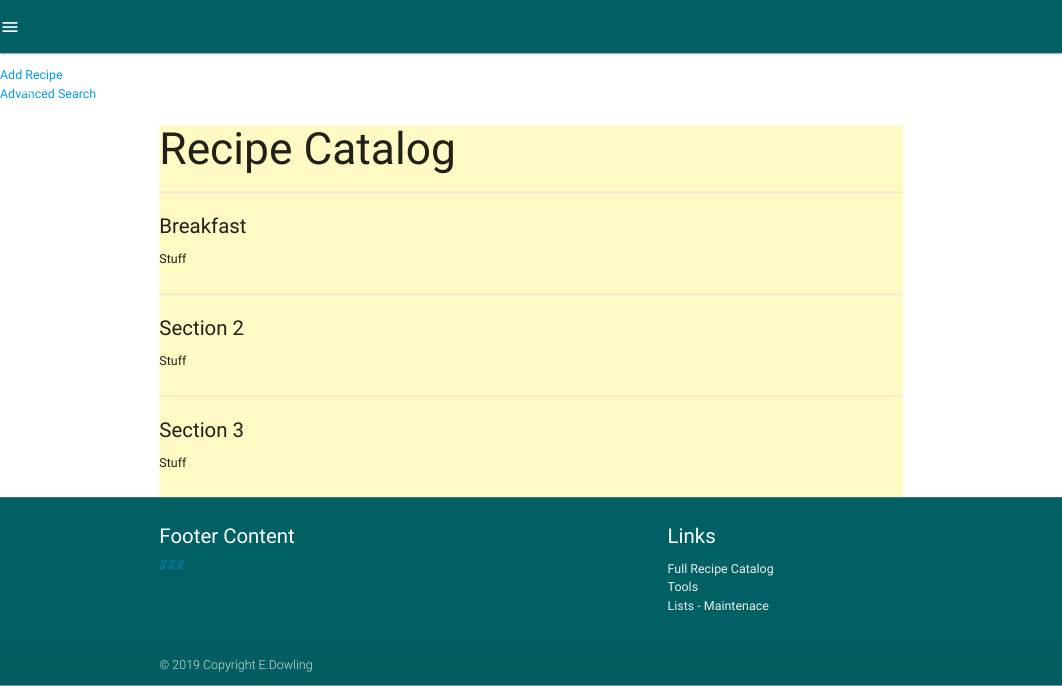
Repository: eldowling/lets-cook-together
Page: http://localhost/get_catalog?course=breakfast
The author's editor kept a record of every edit. The page is drawn from the files as they stood at one moment, then again after the next edit.
The browser window is 1280 px wide. The pictures show the whole page, at 83% of full size.
Some web libraries are served in a nearby version. The page is served by the project's application, run on Flask 3 (app.py). Queries for data that is not in the repository find no rows.

Above is the page before.
Console error: TypeError: $(...).sidenav is not a function

### templates/catalog.html
{% extends 'base.html'%} {% block content %}
<h2>Recipe Catalog</h2>

<div class="divider"></div>
  <div class="section">
    <h5>Breakfast</h5>
    <p>Stuff</p>
  </div>
  <div class="divider"></div>
  <div class="section">
    <h5>Section 2</h5>
    <p>Stuff</p>
  </div>
  <div class="divider"></div>
  <div class="section">
    <h5>Section 3</h5>
    <p>Stuff</p>
  </div>
{% for recipe in recipes %}
    <div class="row">
        <div class="col s6">
            <h4>{{recipe.title}}</h4>
                {{recipe.description}}
        </div>
        <div class="col s3">
            <strong>Course: </strong> {{recipe.course}}
        </div>
        <div class="col s3">
            <strong>Rating: </strong> {{recipe.rating}}
        </div>
    </div>
{% endfor %}

{% endblock %}

### templates/base.html
<!DOCTYPE html>
<html>

<head>
    <link href="https://fonts.googleapis.com/icon?family=Material+Icons" rel="stylesheet">
    <link rel="stylesheet" href="https://cdnjs.cloudflare.com/ajax/libs/materialize/0.100.2/css/materialize.min.css">
    <link rel="stylesheet" href="https://cdnjs.cloudflare.com/ajax/libs/font-awesome/4.7.0/css/font-awesome.min.css">
    <link rel="stylesheet" href="{{ url_for('static', filename='css/style.css') }}" type="text/css" />
</head>

<body>
    <header>
        <!-- Dropdown Structure -->
        <ul id="dropdown1" class="dropdown-content">
            <li><a href="#!">one</a></li>
            <li><a href="#!">two</a></li>
            <li class="divider"></li>
            <li><a href="#!">three</a></li>
        </ul>

        <nav>
            <div class="nav-wrapper cyan darken-4">

                <form>
                    <a href="#" data-target="mobile-demo" class="sidenav-trigger"><i class="material-icons">menu</i></a>
                    <div class="input-field inline ">
                        <input id="search" type="search" required>
                        <label class="label-icon" for="search"><i class="material-icons">search</i></label>
                        <i class="material-icons">close</i>
                    </div>
                    <ul id="nav-mobile" class="right hide-on-med-and-down">
                        <li><a href="addedit-recipe.html">Add Recipe</a></li>
                        <li><a class="dropdown-trigger" href="#!" data-target="dropdown1">Advanced Search<i class="material-icons right">arrow_drop_down</i></a></li>
                    </ul>

                </form>

            </div>
        </nav>

        <ul class="sidenav" id="mobile-demo">
            <li><a href="addedit-recipe.html">Add Recipe</a></li>
            <li><a href="badges.html">Advanced Search</a></li>
        </ul>


    </header>

    <div class="container yellow lighten-4">
        {% block content %} {% endblock %}
    </div>

    <footer class="page-footer cyan darken-4">
        <div class="container">
            <div class="row">
                <div class="col l6 s12">
                    <h5 class="white-text">Footer Content</h5>

                    <span class="grey-text text-lighten-4 ">
                        <a href="facebook.html"><i class="fab fa-facebook-square"></i></a>
                        <a href="twitter.html"><i class="fab fa-twitter-square"></i></a>
                        <a href="instagram.html"><i class="fab fa-instagram"></i></a>
                    </span>
                </div>
                <div class="col l4 offset-l2 s12">
                    <h5 class="white-text">Links</h5>
                    <ul>
                        <li><a class="grey-text text-lighten-3" href="{{url_for('get_catalog')}}">Full Recipe Catalog</a></li>
                        <li><a class="grey-text text-lighten-3" href="tools.html">Tools</a></li>
                        <li><a class="grey-text text-lighten-3" href="maintenance.html">Lists - Maintenace</a></li>
                    </ul>
                </div>
            </div>
        </div>
        <div class="footer-copyright">
            <div class="container">
                © 2019 Copyright E.Dowling
            </div>
        </div>
    </footer>

    <script src="https://cdnjs.cloudflare.com/ajax/libs/jquery/3.2.1/jquery.min.js"></script>
    <script src="https://cdnjs.cloudflare.com/ajax/libs/materialize/0.100.2/js/materialize.min.js"></script>
    <script type="text/javascript">
        $(document).ready(function() {
            $('.collapsible').collapsible();
            $('select').material_select();
            $(".button-collapse").sideNav();
            $(".dropdown-trigger").dropdown();
            $('.sidenav').sidenav();
        });

    </script>
</body>
</html>

### app.py
import os
from flask import Flask, render_template, redirect, request, url_for
from flask_pymongo import PyMongo
from bson.objectid import ObjectId

app = Flask(__name__)
app.config["MONGO_DBNAME"] = 'recipie_catalog'
app.config["MONGO_URI"] = 'mongodb+srv://root:r00tUser@myfirstcluster-pwjgy.mongodb.net/recipie_catalog?retryWrites=true&w=majority'
#app.config["MONGO_URI"] = os.getenv('MONGO_URI', 'mongodb://localhost')

mongo = PyMongo(app)


@app.route('/')
@app.route('/get_catalog')
def get_catalog():
    return render_template("catalog.html", recipes=mongo.db.recipes.find())


if __name__ == '__main__':
    app.run(host=os.environ.get('IP'),
            port=int(os.environ.get('PORT')),
            debug=True)

### static/css/style.css
.main-img {
  display: inline-block;
  vertical-align: middle;
  max-height: 100%;
  max-width: 100%;
}

After the next edit:
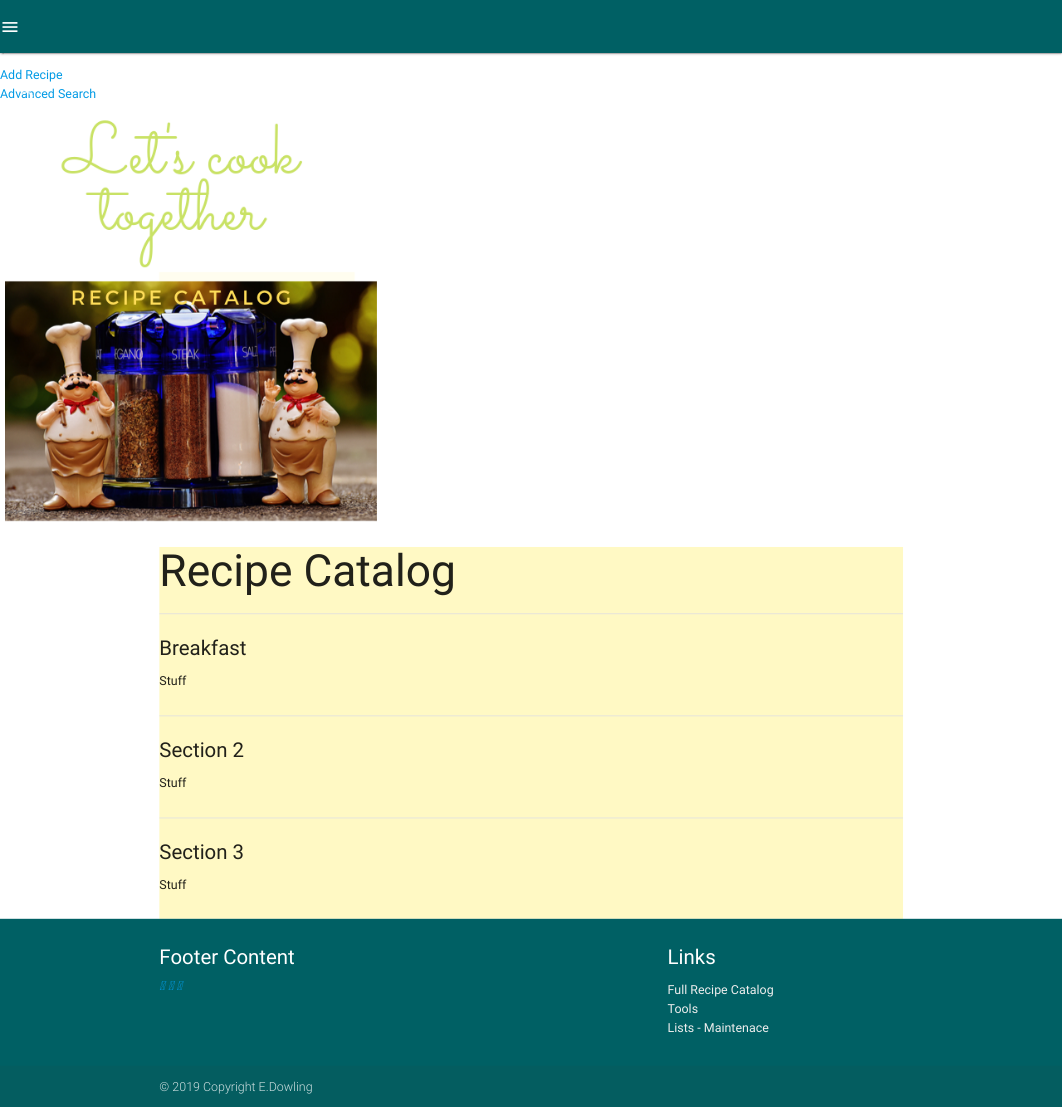
The edit:
--- a/templates/base.html
+++ b/templates/base.html
@@ -46,6 +46,9 @@
 
     </header>
 
+    <div class="row">
+            <img class="main-img" src="static/images/lets-cook-logo.png"></img>
+    </div>
     <div class="container yellow lighten-4">
         {% block content %} {% endblock %}
     </div>
